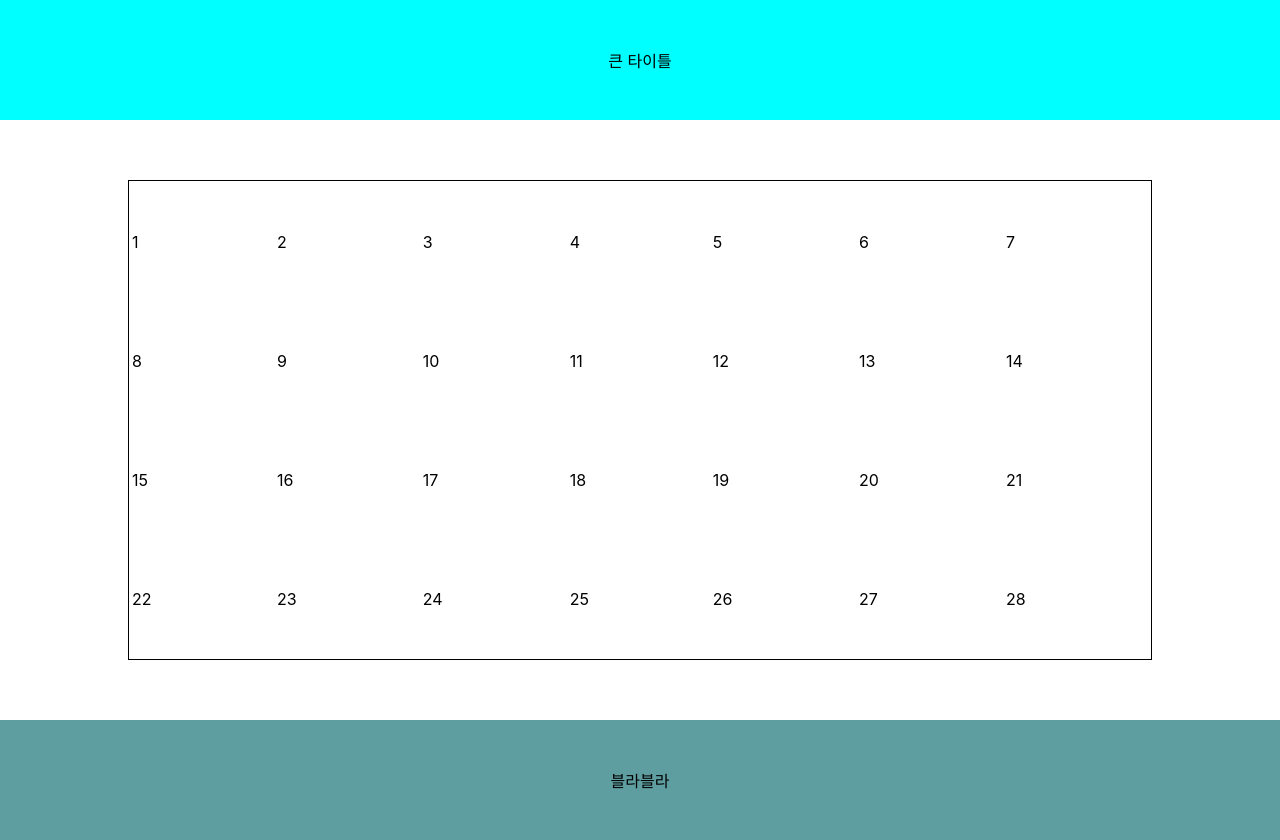
Repository: honeybong/SANGBONG
Page: /
These files come from the project's save history. The page is drawn as it stood at one moment and after the next save; the edit follows.
The browser window is 1280 px wide. The pictures show the whole page.
The project was rebuilt for these pictures with package versions that can differ from the ones it lists, and the page was loaded fresh each time.

Above is the page before, as saved 2023-03-22 12:58:10.

After the next save:
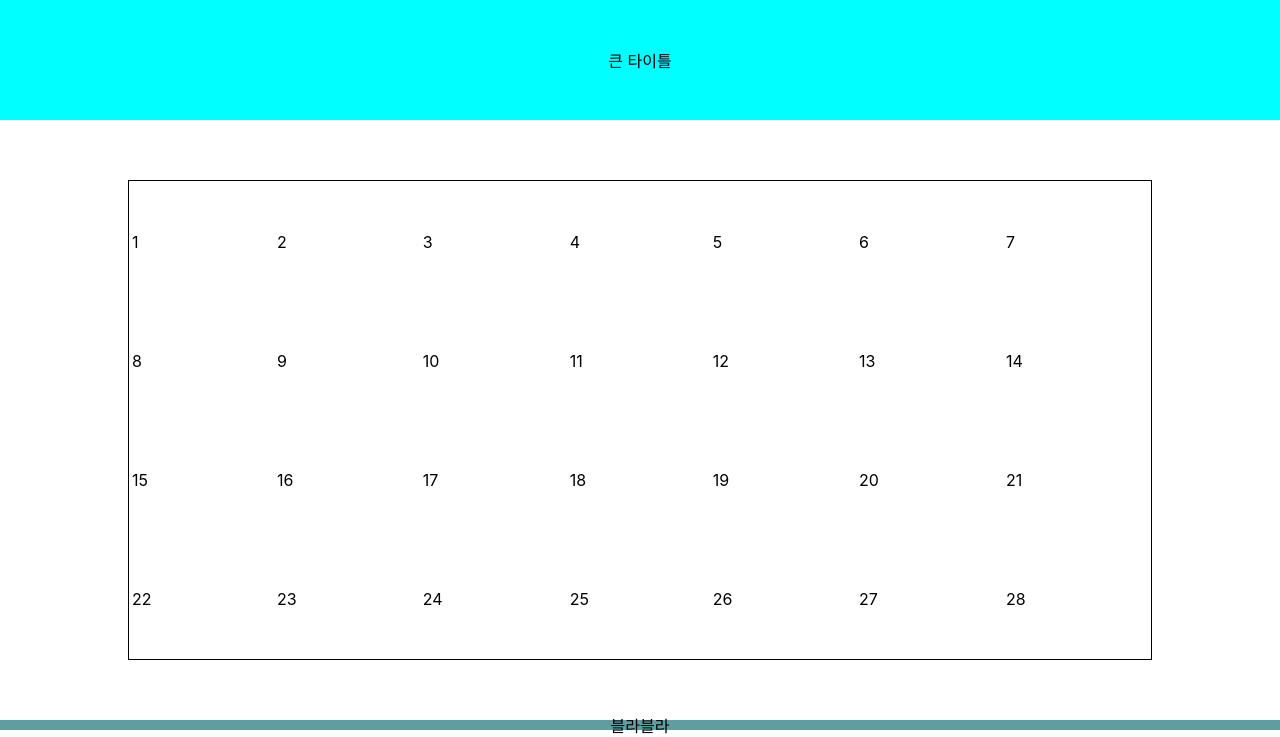
Saved 8 s later.
--- a/src/App.scss
+++ b/src/App.scss
@@ -29,7 +29,7 @@
     background-color: cadetblue;
     text-align: center;
     display: flex;
-    height: 120px;
+    height: 10px;
     justify-content: center;
     align-items: center;
   }
